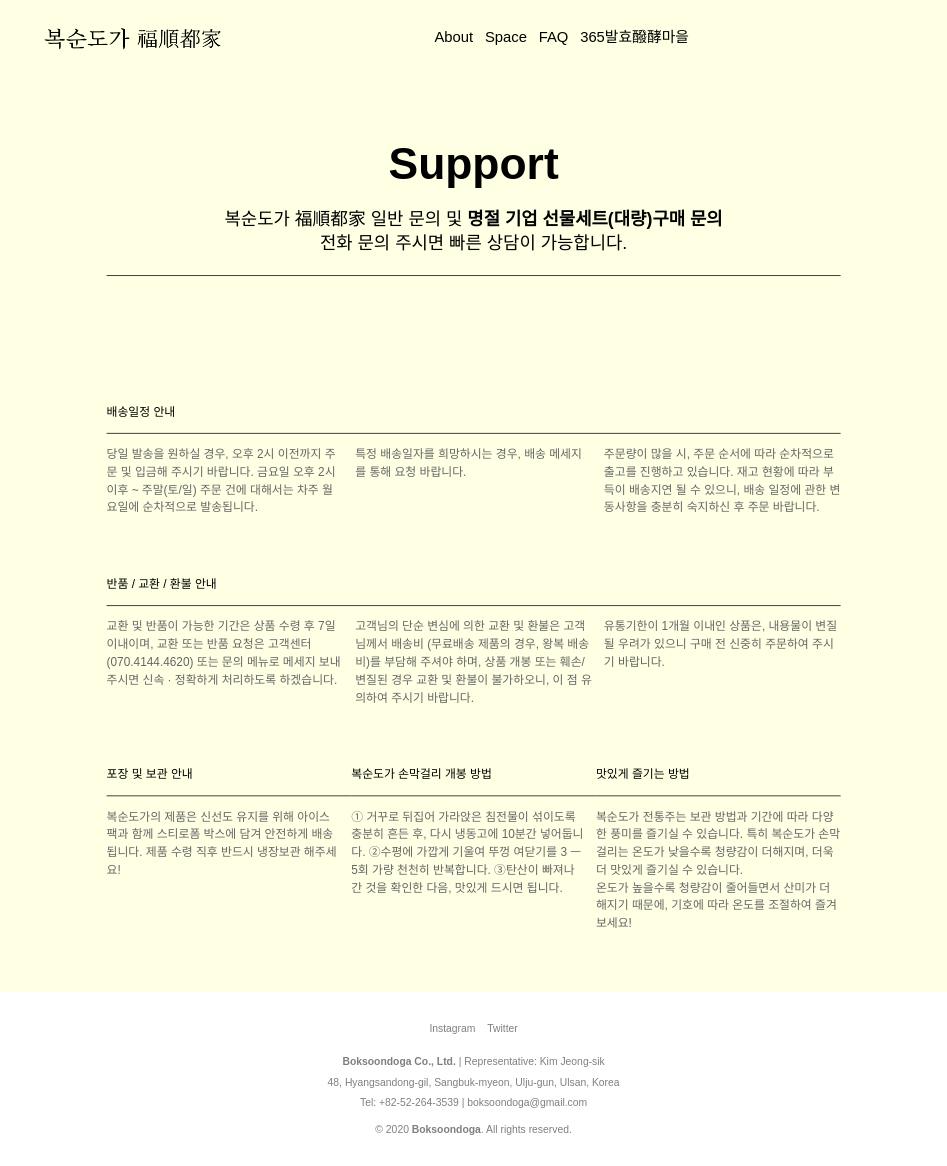
Repository: vertical-ai/boksoondoga-web-jp
Page: /faq
An editor plug-in stored every save of this project. The page is shown before and after the next save, followed by the edit.
The browser window is 1280 px wide. The pictures show the whole page, at 74% of full size.
The project was rebuilt for these pictures with package versions that can differ from the ones it lists, and the page was loaded fresh each time. The framework's server and built-in components were replaced by stand-ins that run in the browser. Also part of the build but not shown: next.config.ts.

Above is the page before, as saved 2024-11-23 16:05:33.

After the next save:
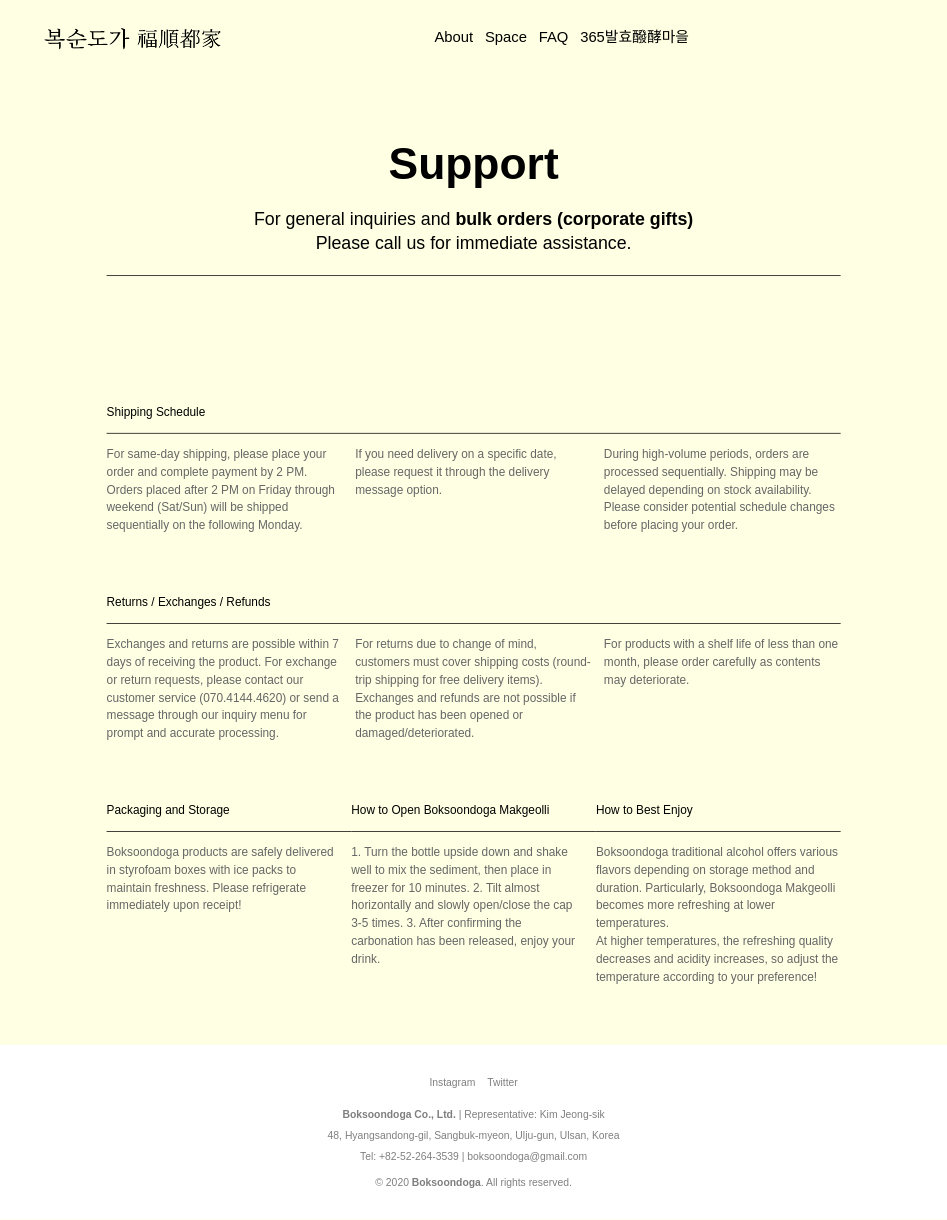
Saved 75 s later.
--- a/app/faq/page.tsx
+++ b/app/faq/page.tsx
@@ -4,72 +4,66 @@
       <div className={'flex flex-col gap-7 text-center border-b border-black pb-7 mb-7'}>
         <h2 className={'text-6xl font-bold'}>Support</h2>
         <p className={'text-2xl'}>
-          복순도가 福順都家 일반 문의 및 <b>명절 기업 선물세트(대량)구매 문의</b><br/>
-          전화 문의 주시면 빠른 상담이 가능합니다.
+          For general inquiries and <b>bulk orders (corporate gifts)</b><br/>
+          Please call us for immediate assistance.
         </p>
       </div>
       <div className="mt-36">
         <div className={'mb-20'}>
-          <h3 className={'pb-4 border-b border-black mb-4'}>배송일정 안내</h3>
+          <h3 className={'pb-4 border-b border-black mb-4'}>Shipping Schedule</h3>
           <div className={'grid grid-cols-3 gap-4 text-[#666]'}>
             <p>
-              당일 발송을 원하실 경우, 오후 2시 이전까지 주문 및 입금해 주시기 바랍니다. 금요일 오후 2시 이후 ~ 주말(토/일) 주문 건에 대해서는 차주 월요일에 순차적으로 발송됩니다.
+              For same-day shipping, please place your order and complete payment by 2 PM. Orders placed after 2 PM on Friday through weekend (Sat/Sun) will be shipped sequentially on the following Monday.
             </p>
             <p>
-              특정 배송일자를 희망하시는 경우, 배송 메세지를 통해 요청 바랍니다.
+              If you need delivery on a specific date, please request it through the delivery message option.
             </p>
             <p>
-              주문량이 많을 시, 주문 순서에 따라 순차적으로 출고를 진행하고 있습니다. 재고 현황에 따라 부득이 배송지연 될 수 있으니, 배송 일정에 관한 변동사항을 충분히 숙지하신 후 주문
-              바랍니다.
+              During high-volume periods, orders are processed sequentially. Shipping may be delayed depending on stock availability. Please consider potential schedule changes before placing your order.
             </p>
           </div>
         </div>
         <div className={'mb-20'}>
-          <h3 className={'pb-4 border-b border-black mb-4'}>반품 / 교환 / 환불 안내</h3>
+          <h3 className={'pb-4 border-b border-black mb-4'}>Returns / Exchanges / Refunds</h3>
           <div className={'grid grid-cols-3 gap-4 text-[#666]'}>
             <p>
-              교환 및 반품이 가능한 기간은 상품 수령 후 7일 이내이며, 교환 또는 반품 요청은 고객센터 (070.4144.4620) 또는 문의 메뉴로 메세지 보내주시면 신속 · 정확하게 처리하도록
-              하겠습니다.
+              Exchanges and returns are possible within 7 days of receiving the product. For exchange or return requests, please contact our customer service (070.4144.4620) or send a message through our inquiry menu for prompt and accurate processing.
             </p>
             <p>
-              고객님의 단순 변심에 의한 교환 및 환불은 고객님께서 배송비 (무료배송 제품의 경우, 왕복 배송비)를 부담해 주셔야 하며, 상품 개봉 또는 훼손/변질된 경우 교환 및 환불이 불가하오니,
-              이 점 유의하여 주시기 바랍니다.
+              For returns due to change of mind, customers must cover shipping costs (round-trip shipping for free delivery items). Exchanges and refunds are not possible if the product has been opened or damaged/deteriorated.
             </p>
             <p>
-              유통기한이 1개월 이내인 상품은, 내용물이 변질될 우려가 있으니 구매 전 신중히 주문하여 주시기 바랍니다.
+              For products with a shelf life of less than one month, please order carefully as contents may deteriorate.
             </p>
           </div>
         </div>
         <div className={'grid grid-cols-3'}>
           <div className={'mb-20'}>
-            <h3 className={'pb-4 border-b border-black mb-4'}>포장 및 보관 안내</h3>
+            <h3 className={'pb-4 border-b border-black mb-4'}>Packaging and Storage</h3>
             <div className={'text-[#666] pr-4'}>
               <p>
-                복순도가의 제품은 신선도 유지를 위해 아이스팩과 함께 스티로폼 박스에 담겨 안전하게 배송됩니다. 제품 수령 직후 반드시 냉장보관 해주세요!</p>
-
+                Boksoondoga products are safely delivered in styrofoam boxes with ice packs to maintain freshness. Please refrigerate immediately upon receipt!
+              </p>
             </div>
           </div>
           <div className={'mb-20'}>
-            <h3 className={'pb-4 border-b border-black mb-4'}>복순도가 손막걸리 개봉 방법</h3>
+            <h3 className={'pb-4 border-b border-black mb-4'}>How to Open Boksoondoga Makgeolli</h3>
             <div className={'text-[#666] pr-4'}>
               <p>
-                ① 거꾸로 뒤집어 가라앉은 침전물이 섞이도록 충분히 흔든 후, 다시 냉동고에 10분간 넣어둡니다. ②수평에 가깝게 기울여 뚜껑 여닫기를 3 ㅡ 5회 가량 천천히 반복합니다. ③탄산이
-                빠져나간 것을 확인한 다음, 맛있게 드시면 됩니다.</p>
-
+                1. Turn the bottle upside down and shake well to mix the sediment, then place in freezer for 10 minutes. 2. Tilt almost horizontally and slowly open/close the cap 3-5 times. 3. After confirming the carbonation has been released, enjoy your drink.
+              </p>
             </div>
           </div>
           <div className={'mb-20'}>
-            <h3 className={'pb-4 border-b border-black mb-4'}>맛있게 즐기는 방법</h3>
+            <h3 className={'pb-4 border-b border-black mb-4'}>How to Best Enjoy</h3>
             <div className={'text-[#666]'}>
               <p>
-                복순도가 전통주는 보관 방법과 기간에 따라 다양한 풍미를 즐기실 수 있습니다. 특히 복순도가 손막걸리는 온도가 낮을수록 청량감이 더해지며, 더욱 더 맛있게 즐기실 수 있습니다.
-                <br/>
-                온도가 높을수록 청량감이 줄어들면서 산미가 더해지기 때문에, 기호에 따라 온도를 조절하여 즐겨보세요!</p>
-
+                Boksoondoga traditional alcohol offers various flavors depending on storage method and duration. Particularly, Boksoondoga Makgeolli becomes more refreshing at lower temperatures.<br/>
+                At higher temperatures, the refreshing quality decreases and acidity increases, so adjust the temperature according to your preference!
+              </p>
             </div>
           </div>
         </div>
-
       </div>
     </div>
   );
